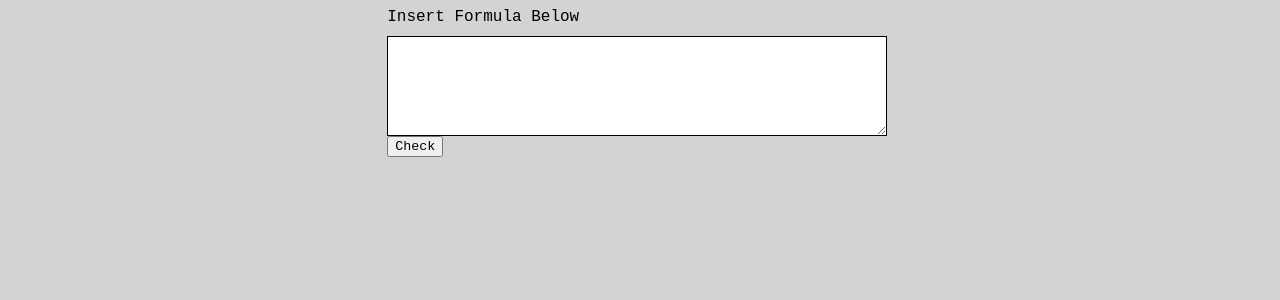
Repository: martandatrey/sf_formula_checker
Page: SF_formula_parser.html
These files come from the project's save history. The page is drawn as it stood at one moment and after the next save; the edit follows.
The browser window is 1280 px wide. The pictures show the whole page.

Above is the page before, as saved 2020-05-23 21:28:58.

After the next save:
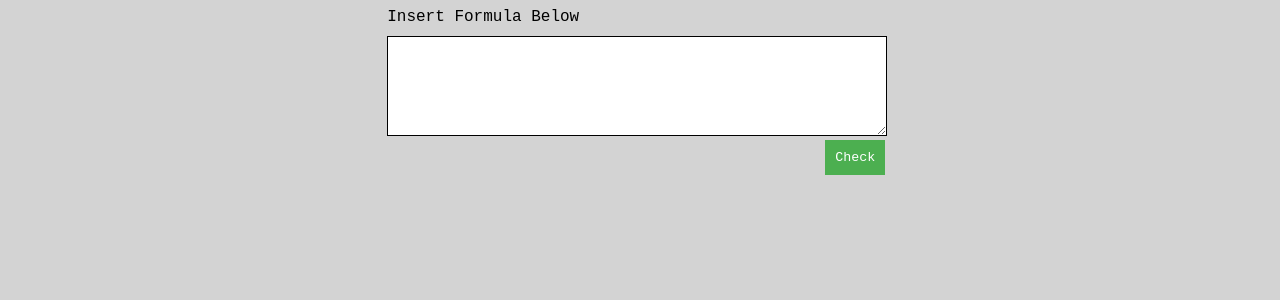
Saved 77 s later.
--- a/SF_formula_parser.css
+++ b/SF_formula_parser.css
@@ -13,9 +13,15 @@
 body {
     background-color: lightgrey;
 }
-.checkBtn {
-    background-color: aquamarine;
-    border: 0.5px solid lightblue;
+input[type=button] {
+    background-color: #4CAF50;
+    border: none;
+    color: white;
+    padding: 10px 10px;
+    text-decoration: none;
+    margin: 4px 2px;
+    cursor: pointer;
+    float:right;
 }
 
 * {
